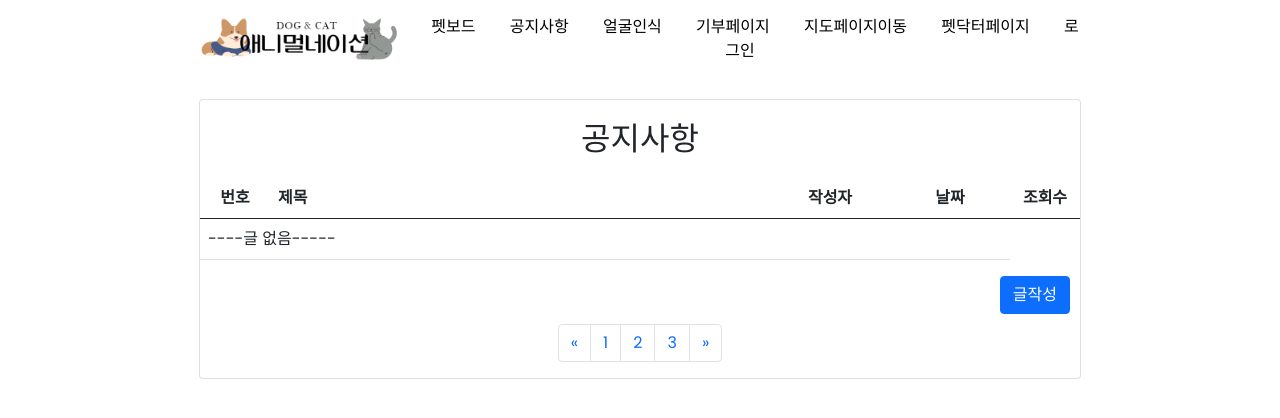
Repository: B-joon/semi_project
Page: http://localhost/Semi/noticeboard.jsp
An editor plug-in stored every save of this project. The page is shown before and after the next save, followed by the edit.
The browser window is 1280 px wide. The pictures show the whole page.
Some web libraries are served in a nearby version. The page is served by Tomcat 9. Nobody is signed in. The application's start-up code is not run. Other server files are loaded and not shown.

Above is the page before, as saved 2021-04-04 14:13:15.

### Semi/WebContent/noticeboard.jsp
<%@page import="com.biz.LoginBiz"%>
<%@page import="com.dto.BoardDto"%>
<%@page import="com.dto.SemiDto"%>
<%@page import="java.util.List"%>
<%@ page language="java" contentType="text/html; charset=UTF-8"
    pageEncoding="UTF-8"%>
<!DOCTYPE html>
<html>
<style>
.btn:focus, .btn:active, .btn:hover, input:active, input:focus, nav:active,
	nav:focus, nav:hover {
	box-shadow: none !important;
	outline: none !important;
}

#notice_list a {
	text-decoration: none;
}
</style>

<!-- 부트스트랩 -->
    <!-- CSS only -->
    <link
      href="https://cdn.jsdelivr.net/npm/bootstrap@5.0.0-beta2/dist/css/bootstrap.min.css"
      rel="stylesheet"
      integrity="sha384-BmbxuPwQa2lc/FVzBcNJ7UAyJxM6wuqIj61tLrc4wSX0szH/Ev+nYRRuWlolflfl"
      crossorigin="anonymous"
    />

    <link rel="stylesheet" href="https://cdn.jsdelivr.net/npm/bootstrap-icons@1.4.0/font/bootstrap-icons.css">

    <link rel="stylesheet" href="resources/css/header.css">

<meta charset="UTF-8">
<title>Notice Board List</title>
<head>

</head>
<body>
  <!-- 헤더부분 추가 -->
	<%@ include file="Form/header.jsp" %>

	<!-- 바디부분 시작 -->
    <div class="mt-4">
      <div class="container d-flex justify-content-center"><!-- 가로 폭 조절 -->
        <div class="col-99">
        <div class="card"><!-- 카드 시작 -->
        <div class="noticeboard_list">

<%
	List<BoardDto> list = (List<BoardDto>) request.getAttribute("list");


%>
    <h2 style="margin-bottom: 20px; margin-top: 20px; text-align: center">공지사항</h2>
    <table class="table table-hover" id="list">
    	<col width="70px"/>
    	<col width="500px"/>
    	<col width="120px"/>
    	<col width="120px"/>
    	<col width="70px"/>
    <thead>
		<tr>
			<th scope="col" class="" style="text-align: center;">번호</th>
			<th scope="col" class="">제목</th>
			<th scope="col" class="" style="text-align: center;">작성자</th>
			<th scope="col" class="" style="text-align: center;">날짜</th>
			<th scope="col" class="" style="text-align: center;">조회수</th>
		</tr>
	</thead>

<%
	if(list == null || list.size() ==0){
%>
		<tr>
			<td colspan="4">----글 없음-----</td>
		</tr>
<%
	} else {


		//getBrd_no() ==1 : 공지글만 보기
		for (BoardDto dto : list){
			if(dto.getBrd_no()==1){

%>

		<tr>
    		<td style="text-align: center;"><%=dto.getArticle_no()%></td>
    		<td><a href="notice.do?command=selectone&article_no=<%=dto.getArticle_no() %>" style="text-decoration: none; color:black;"><%= dto.getTitle()%></a></td>
    		<td style="text-align: center;"><%= dto.getMem_name() %></td>
    		<td style="text-align: center;"><%= dto.getRegdate()%></td>
    		<td style="text-align: center;"><%= dto.getHit() %></td>
    	</tr>
<%
			}
		}
	}
	%>
    </table>
    </div>
    <div style="text-align: right; margin-right: 10px; margin-bottom: 10px;">
    <input type="button" class="btn btn-primary" value="글작성" onclick="location.href='notice.do?command=insertform'"/>
    </div>

       <!-- pagination-->
    <nav aria-label="pagination">
  <ul class="pagination justify-content-center" >
    <li class="page-item">
      <a class="page-link" href="#" aria-label="Previous">
        <span aria-hidden="true">&laquo;</span>
      </a>
    </li>
    <li class="page-item"><a class="page-link" href="#">1</a></li>
    <li class="page-item"><a class="page-link" href="#">2</a></li>
    <li class="page-item"><a class="page-link" href="#">3</a></li>
    <li class="page-item">
      <a class="page-link" href="#" aria-label="Next">
        <span aria-hidden="true">&raquo;</span>
      </a>
    </li>
  </ul>
</nav>
	 <!-- pagination 끝-->

    </div><!-- 카드 끝 -->
    		</div>
    	</div>
    </div>
</body>
</html>
<br/>
<br/>

### Semi/WebContent/Form/header.jsp
<%@page import="com.dto.LoginDto"%>
<%@ page language="java" contentType="text/html; charset=UTF-8"
    pageEncoding="UTF-8"%>

<%@ taglib prefix="c" uri="http://java.sun.com/jsp/jstl/core" %>
<!DOCTYPE html>
<html>
<head>


	<script type="text/javascript" src="resources/js/header.js"></script>
	<link
	href="https://cdn.jsdelivr.net/npm/bootstrap@5.0.0-beta2/dist/css/bootstrap.min.css"
	rel="stylesheet"
	integrity="sha384-BmbxuPwQa2lc/FVzBcNJ7UAyJxM6wuqIj61tLrc4wSX0szH/Ev+nYRRuWlolflfl"
	crossorigin="anonymous" />
	<link rel="stylesheet"
	href="https://cdn.jsdelivr.net/npm/bootstrap-icons@1.4.0/font/bootstrap-icons.css">
	<link rel="stylesheet" href="https://cdnjs.cloudflare.com/ajax/libs/font-awesome/5.15.2/css/all.min.css">
	<link rel="stylesheet" href="resources/css/header.css">

	<!--  <link href="https://stackpath.bootstrapcdn.com/bootstrap/3.4.1/css/bootstrap.min.css" rel="stylesheet">
    <script src="https://code.jquery.com/jquery-3.5.1.min.js"></script>
    <script src="https://stackpath.bootstrapcdn.com/bootstrap/3.4.1/js/bootstrap.min.js"></script>
    <script type="text/javascript" src="resouces/bootstrap/js/bootstrap.js"></script>-->
</head>
  <body>
  <%
  	LoginDto dto1 = (LoginDto)session.getAttribute("dto");
  %>


      <header>
	      <!-- 로고 부분 -->
	      <a href="move.do?move=home" class="brand">
	      	<img src="resources/img/logo.png" alt="" width="200px">
	      </a>
	      <!-- ? -->
	      <div class="menu-btn"></div>

	      <!-- 항복 부분 -->
	      <div class="navigation">
	      	<a href="move.do?move=petboard">펫보드</a>
	        <a href="move.do?move=noticeboard">공지사항</a>
	        <a href="move.do?move=matchPet">얼굴인식</a>
	        <a href="move.do?move=donation">기부페이지</a>
	        <a href="move.do?move=map">지도페이지이동</a>
	        <a href="move.do?move=doctor">펫닥터페이지</a>



			<%
			if (dto1 != null) {
				if (dto1.getMem_image() == null) {
			%>
				<div class="action1">
					<div class="profile" onclick="menuToggle()">
						<img src="resources/img/profile.jpg" alt="">
					</div>
					<div class="menu">
						<h7>
							<%=dto1.getMem_name()%> 님<br>
							<span>환영합니다.</span>
						</h7>
						<ul class="list-group">
							<li><img src="resources/img/edit.png" alt=""><a href="login.do?command=updatform&mem_no=<%=dto1.getMem_no()%>">Edit profile</a></li>
							<li><img src="resources/img/log-out.png" alt=""><a href="login.do?command=logout">Logout</a></li>
						</ul>
					</div>
				</div>

			<%
			    }else{
			%>
				<div class="action1">
					<div class="profile" onclick="menuToggle()">
						<img src="./upload/<%=dto1.getMem_image() %>" alt="">
					</div>
					<div class="menu">
						<h7>
							<%=dto1.getMem_name()%> 님<br>
							<span>환영합니다.</span>
						</h7>
						<ul class="list-group">
							<li><img src="resources/img/edit.png" alt=""><a href="login.do?command=updatform&mem_no=<%=dto1.getMem_no()%>">Edit profile</a></li>
							<li><img src="resources/img/log-out.png" alt=""><a href="login.do?command=logout">Logout</a></li>
						</ul>
					</div>
				</div>
			<%
				}
       		} else {
	      	%>
	       	<a href="move.do?move=loginpage" id="login">
	       		로그인
	       	</a>
	       	<%
       		}
	       	%>
	       	</div>
    </header>
    <div class="upsite"></div>
  </body>
  <script type="text/javascript">
	  function menuToggle(){
	      const toggleMenu = document.querySelector('.menu');
	      toggleMenu.classList.toggle('active');
	  }
  </script>
</html>

### Semi/WebContent/resources/css/header.css
@import url('https://fonts.googleapis.com/css2?family=Poppins:ital,wght@0,100;0,200;0,300;0,400;0,500;0,600;0,700;0,800;1,100;1,200;1,300;1,400;1,500;1,600;1,700;1,800&display=swap');

* {
  margin: 0;
  padding: 0;
  box-sizing: border-box;
  font-family: "Poppins", sans-serif;
}


body{
	overflow-y:scroll;
}

header {
  z-index: 3;
  position: fixed;
  background: rgb(255,255,255);
  top: 0;
  left: 0;
  width: 100%;
  padding: 15px 200px;
  display: flex;
  justify-content: space-between;
  align-items: center;
  transition: 0.5s ease;
}

header.sticky{
  background: #f5df4e;
  padding: 10px 200px;
}

header .brand{
  font-size: 1.8em;
  font-weight: 700;
  text-transform: uppercase;
  text-decoration: none;
}

header .navigation{
  position: relative;
  text-align: center;
}
header .navigation a {
  color: black;
  font-size: 1em;
  font-weight: 500;
  text-decoration: none;
  margin-left: 30px;
}

header .navigation a:hover{
  color: #f5df4e;
}

header.sticky .navigation a:hover{
  color:#000;
}

.upsite{
	width: 100%;
	height: 75px;
}

/* 액션바  */

.action1{
	position: fixed;
    top: 20px;
    right: 100px;
}

.action1 .profile{
    position: relative;
    width: 32px;
    height: 32px;
    display : inline-block;
    border-radius: 50%;
    overflow: hidden;
    cursor: pointer
}

.action1 .profile img{
    width: 100%;
    height: 100%;
    object-fit: cover;
}

.action1 .menu{
    position: absolute;
    top: 20px;
    right: -20px;
    padding: 10px 20px;
    background: #939895;
    width: 200px;
    box-sizing: 0 5px 25px rgba(0,0,0,1);
    border-radius: 15px;
    transition: 0.5s;
    visibility: hidden;
    opacity: 0;
}

.action1 .menu.active{
    top: 60px;
    visibility: visible;
    opacity: 1;
}

.action1 .menu::before{
    content: '';
    position: absolute;
    top: -5px;
    right: 28px;
    width: 20px;
    height: 20px;
    background: #939895;
    transform: rotate(45deg);
}

.action1 .menu h7{
	display : block;
    width: 100%;
    text-align: center;
    font-size: 18px;
    padding: 20px 0;
    color: #555;
    line-height: 1.2em;
}

.action1 .menu h7 span{
    font-size: 14px;
    color: #cecece;
    font-weight: 400;
}

.action1 .menu ul li
{
    list-style: none;
    padding: 10px 0;
    border-top: 1px solid rgba(255,255,255,0.05);
    display: flex;
    align-items: center;
    /* justify-content: center; */
}
.action1 .menu ul li img{
    max-width: 20px;
    margin-right: 10px;
    opacity: 0.5;
    transition: 0.5s;
}

.action1 .menu ul li:hover img{
    opacity: 1;
    color : #f5df4e;
}

.action1 .menu ul li a {
    display: inline-block;
    text-decoration: none;
    color: #555;
    font-weight: 500;
    transition: 0.5s;
}
.action1 .menu ul li:hover a{
    color: #f5df4e;
}

### Semi/WebContent/resources/js/header.js
/**
 *
 */
window.addEventListener("scroll",function(){
    const header = document.querySelector("header");
    header.classList.toggle('sticky',window.scrollY>0);
})

After the next save:
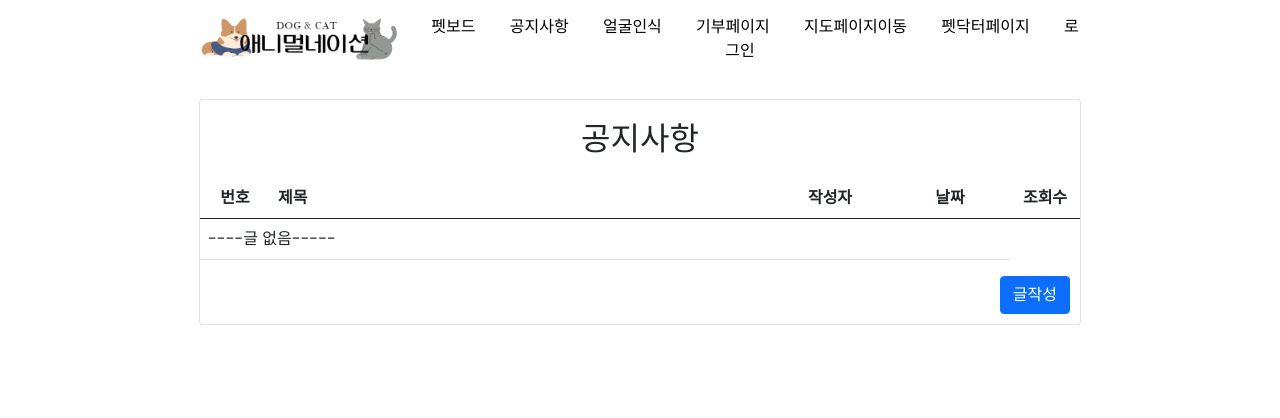
Saved 88 min 7 s later.
--- a/Semi/WebContent/noticeboard.jsp
+++ b/Semi/WebContent/noticeboard.jsp
@@ -104,23 +104,7 @@
     </div>
 
        <!-- pagination-->
-    <nav aria-label="pagination">
-  <ul class="pagination justify-content-center" >
-    <li class="page-item">
-      <a class="page-link" href="#" aria-label="Previous">
-        <span aria-hidden="true">&laquo;</span>
-      </a>
-    </li>
-    <li class="page-item"><a class="page-link" href="#">1</a></li>
-    <li class="page-item"><a class="page-link" href="#">2</a></li>
-    <li class="page-item"><a class="page-link" href="#">3</a></li>
-    <li class="page-item">
-      <a class="page-link" href="#" aria-label="Next">
-        <span aria-hidden="true">&raquo;</span>
-      </a>
-    </li>
-  </ul>
-</nav>
+
 	 <!-- pagination 끝-->
 
     </div><!-- 카드 끝 -->
